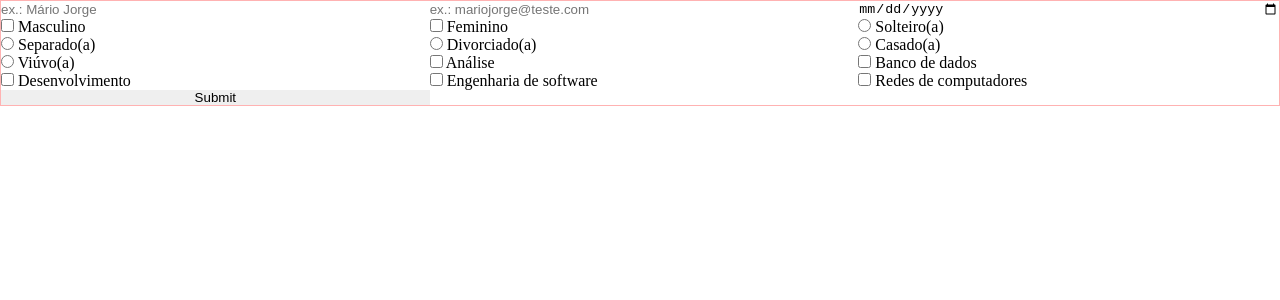
Repository: mjRibeiroTriscal/UVA_Projects
Page: Proj_A1_AVA2_2020_1/index.html
The author's editor kept a copy of each file at every save. The page is drawn from the files as they stood at one save, then again after the next save.
The browser window is 1280 px wide. The pictures show the whole page.

Above is the page before, as saved 2020-03-13 11:16:41.

After the next save:
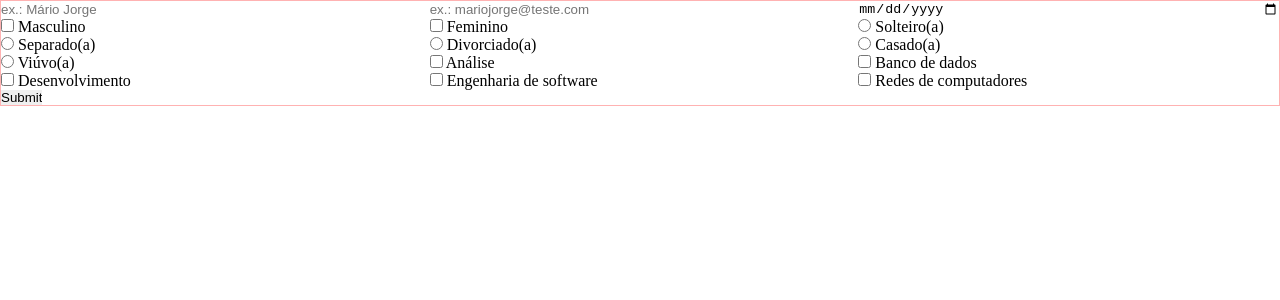
Saved 69 s later.
--- a/Proj_A1_AVA2_2020_1/index.html
+++ b/Proj_A1_AVA2_2020_1/index.html
@@ -81,7 +81,9 @@
                     <label for="redesComputadores">Redes de computadores</label>
                 </div>
 
-                <input type="submit" value="Submit">
+                <div>
+                    <input type="submit" value="Submit">
+                </div>
 
             </form>
 
